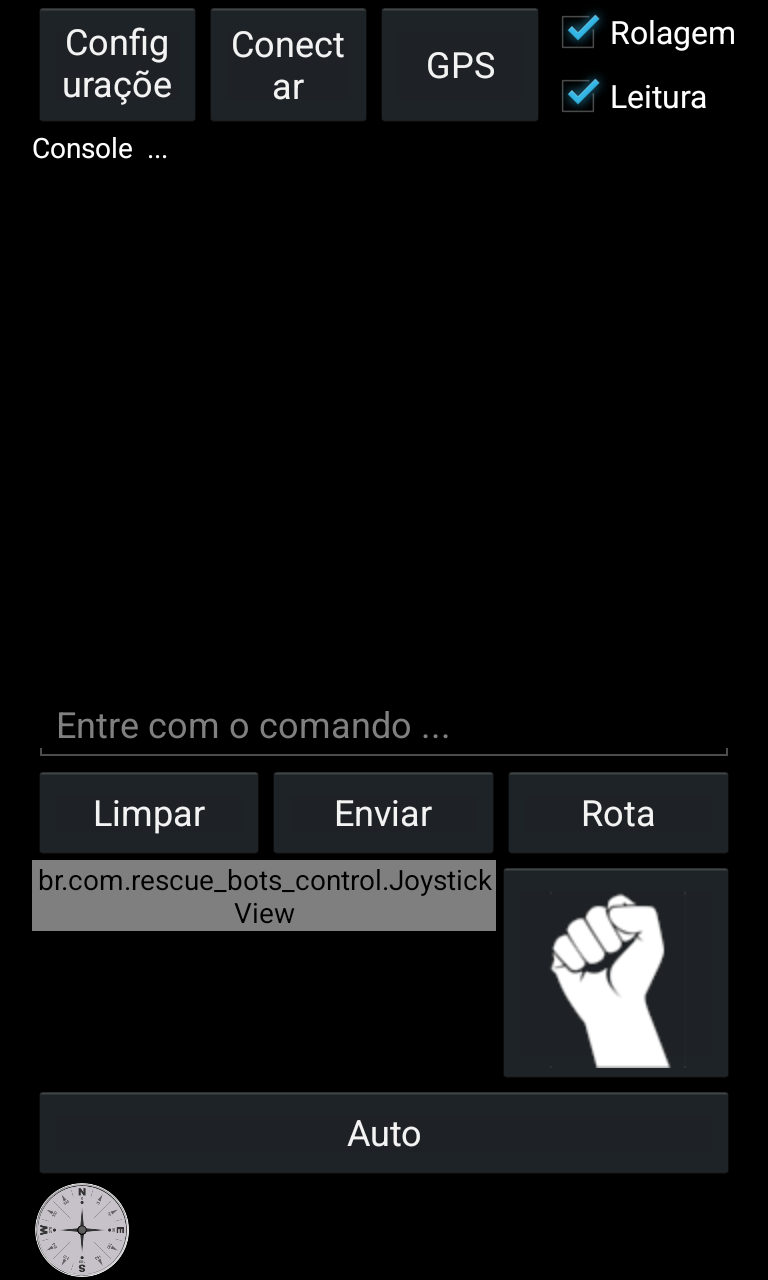
Repository: nova3dtecnologias/rescue_bot
Layout: rescue-bots-android/res/layout/activity_main_blue.xml
The author's editor kept a copy of each file at every save. The layout is drawn from the files as they stood at one save, then again after the next save.
Pictures or frames that could not be fetched are drawn as grey boxes. It is drawn on a 768 x 1280 px phone screen (xhdpi) without system bars, with theme android:Theme.Holo; the app's code is not run.

Above is the layout before, as saved 2016-06-28 14:39:32.

After the next save:
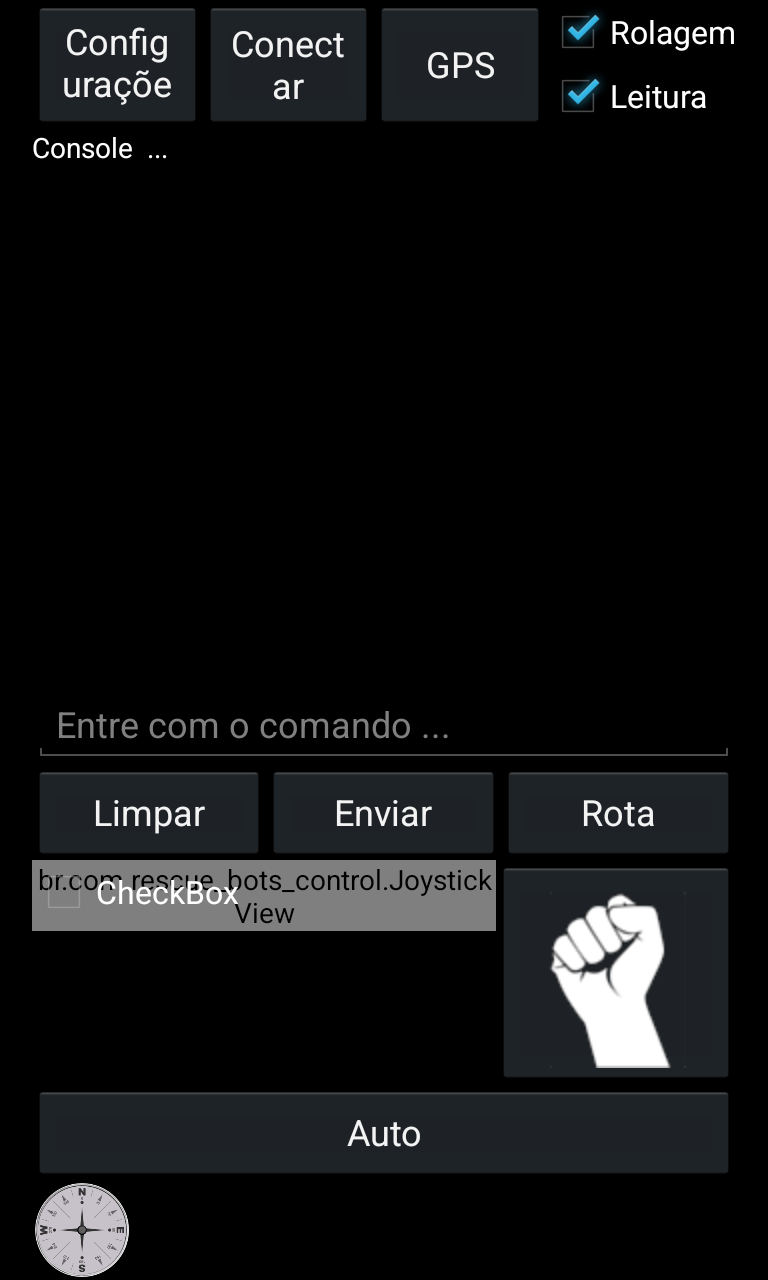
Saved 17 min 1 s later.
--- a/rescue-bots-android/res/layout/activity_main_blue.xml
+++ b/rescue-bots-android/res/layout/activity_main_blue.xml
@@ -125,7 +125,7 @@
             android:layout_width="wrap_content"
             android:layout_height="wrap_content"
             android:layout_alignParentLeft="true"
-            android:layout_alignParentTop="true"
+            android:layout_alignTop="@+id/imageButtonClaw"
             android:layout_toLeftOf="@+id/imageButtonClaw" />
 
         <ImageButton
@@ -133,8 +133,17 @@
             android:layout_width="wrap_content"
             android:layout_height="wrap_content"
             android:layout_alignParentRight="true"
-            android:layout_centerVertical="true"
+            android:layout_below="@+id/checkBox1"
             android:src="@drawable/hand_close" />
+
+        <CheckBox
+            android:id="@+id/checkBoxJoystickEnable"
+            android:layout_width="wrap_content"
+            android:layout_height="wrap_content"
+            android:layout_alignParentLeft="true"
+            android:layout_alignParentRight="true"
+            android:layout_alignParentTop="true"
+            android:text="CheckBox" />
 
     </RelativeLayout>
 
